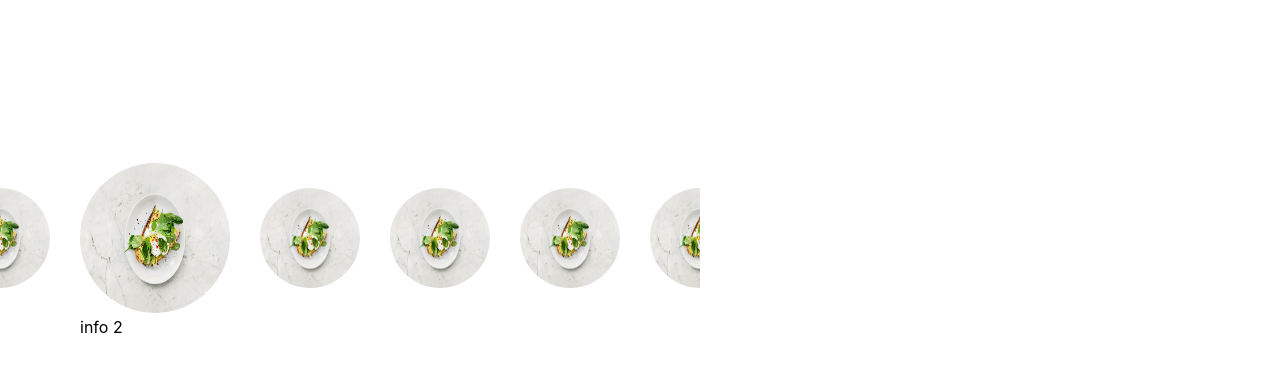
Repository: nambui98/slider
Page: /
An editor plug-in stored every save of this project. The page is shown before and after the next save, followed by the edit.
The browser window is 1280 px wide. The pictures show the whole page.
The project was rebuilt for these pictures with package versions that can differ from the ones it lists, and the page was loaded fresh each time. Also part of the build but not shown: vite.config.ts.

Above is the page before, as saved 2022-04-12 08:30:30.

After the next save:
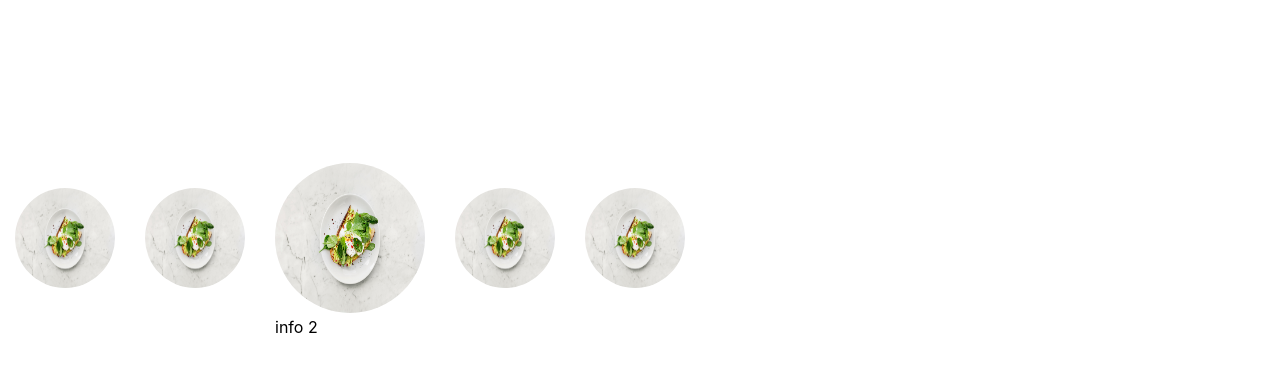
Saved 61 s later.
--- a/src/components/horizolslider/Horizolsider.tsx
+++ b/src/components/horizolslider/Horizolsider.tsx
@@ -44,7 +44,6 @@ const Horizolsider = (props: Props) => {
     const overlayRef = useRef<any>();
     useEffect(() => {
         console.log(overlayRef.current.style.transform);
-        overlayRef.current.style.transform = `translateX(${- 65 * (activeIndex + 1)}px)`
     }, [activeIndex])
 
     return (
@@ -52,6 +51,8 @@ const Horizolsider = (props: Props) => {
             <div className="overlay" ref={overlayRef}>
                 {
                     [...Array(10).keys()].map((i, index) => <Item onClick={() => {
+                        overlayRef.current.style.transform = `translateX(${- 65 * (index + 1)}px)`
+
                         setActiveIndex(index)
 
 
